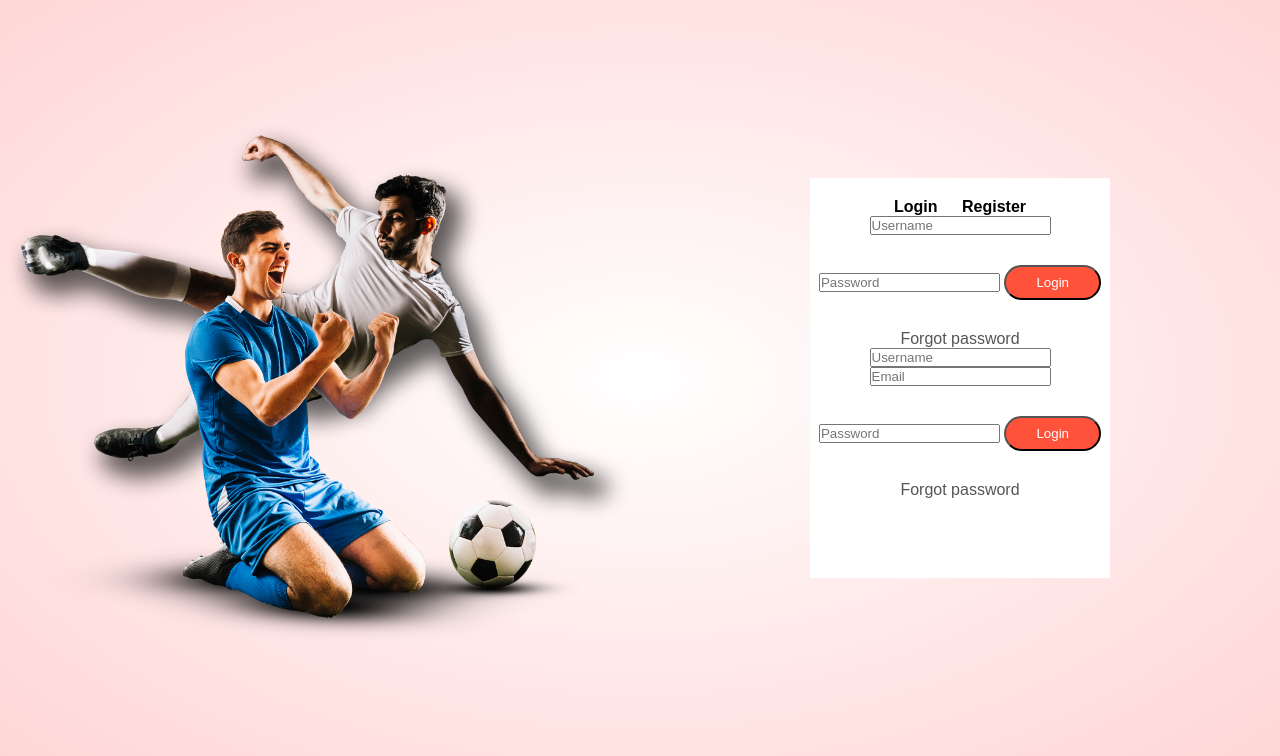
Repository: ritikalohia/tepid-frontend
Page: account.html
These files come from the project's save history. The page is drawn as it stood at one moment and after a run of saves; the edit follows.
The browser window is 1280 px wide. The pictures show the whole page.

Above is the page before, as saved 2021-06-09 12:27:20.

After the next 10 saves:
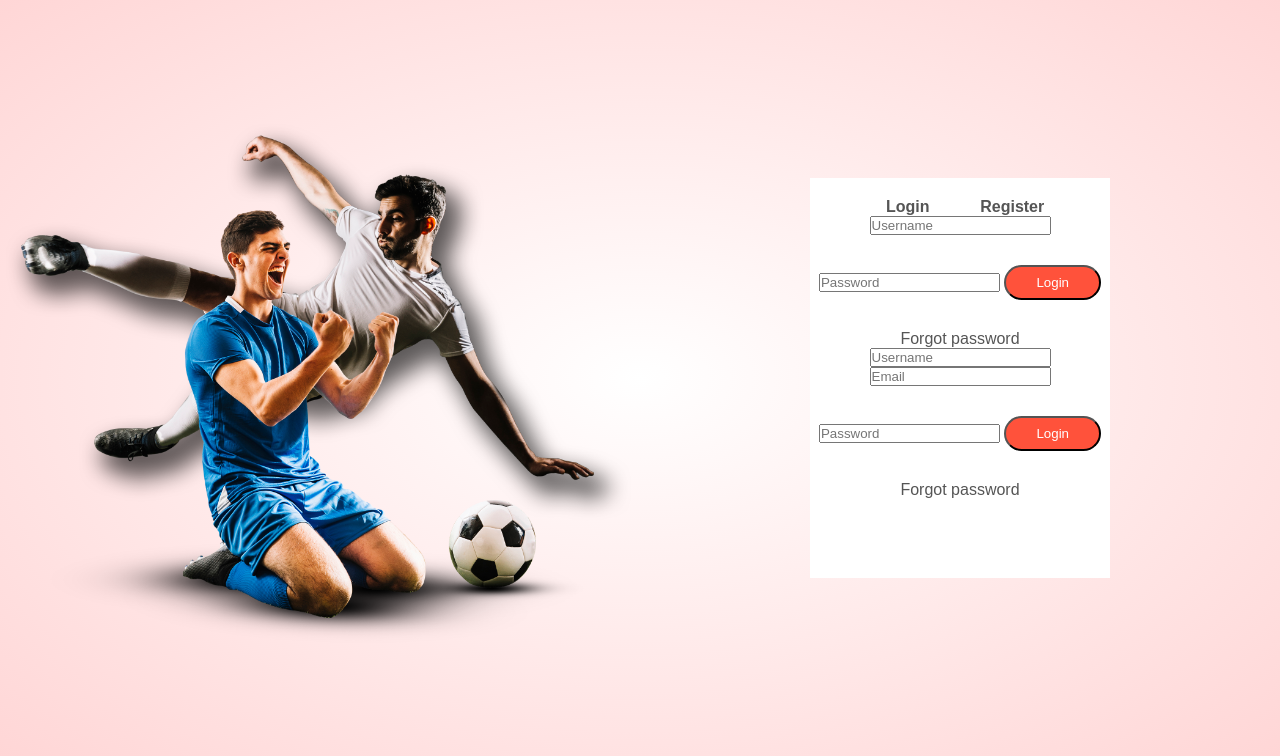
The 10 saves are shown as one change because they came seconds apart.
The last was saved 26 s later.
--- a/style.css
+++ b/style.css
@@ -547,5 +547,8 @@ th:last-child{
 .form-container span{
     font-weight: bold;
     padding: 0 10px;
-    color: ;
-}
+    color: #555;
+    cursor: pointer;
+    width: 100px;
+    display: inline-block;
+}
